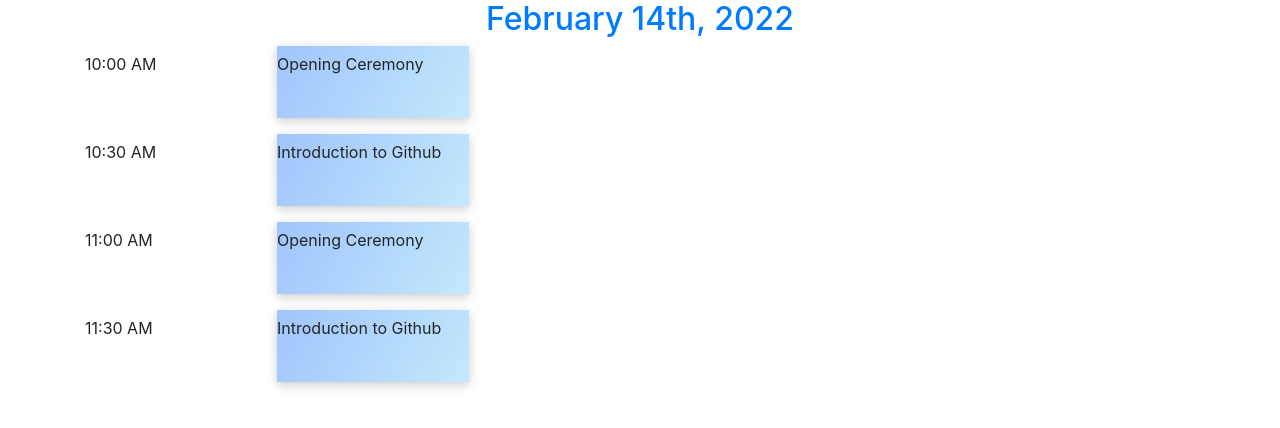
Repository: BaileyLuu/yuHacks2022
Page: public/schedule.html
These files come from the project's save history. The page is drawn as it stood at one moment and after the next save; the edit follows.
The browser window is 1280 px wide. The pictures show the whole page.
Some web libraries are served in a nearby version.

Above is the page before, as saved 2021-11-20 13:00:12.

### public/schedule.html
<!DOCTYPE html>
<html lang="en">

<head>
    <meta charset="UTF-8">
    <meta http-equiv="X-UA-Compatible" content="IE=edge">
    <meta name="viewport" content="width=device-width, initial-scale=1.0">

    <script src="https://ajax.googleapis.com/ajax/libs/jquery/3.5.1/jquery.min.js"></script>

    <!-- Popper JS -->
    <script src="https://cdnjs.cloudflare.com/ajax/libs/popper.js/1.12.9/umd/popper.min.js"
        integrity="sha384-ApNbgh9B+Y1QKtv3Rn7W3mgPxhU9K/ScQsAP7hUibX39j7fakFPskvXusvfa0b4Q"
        crossorigin="anonymous"></script>

    <!-- Latest compiled JavaScript -->
    <script src="https://maxcdn.bootstrapcdn.com/bootstrap/4.0.0/js/bootstrap.min.js"
        integrity="sha384-JZR6Spejh4U02d8jOt6vLEHfe/JQGiRRSQQxSfFWpi1MquVdAyjUar5+76PVCmYl"
        crossorigin="anonymous"></script>

    <!-- Latest compiled and minified CSS -->
    <link rel="stylesheet" href="https://maxcdn.bootstrapcdn.com/bootstrap/4.0.0/css/bootstrap.min.css"
        integrity="sha384-Gn5384xqQ1aoWXA+058RXPxPg6fy4IWvTNh0E263XmFcJlSAwiGgFAW/dAiS6JXm" crossorigin="anonymous">

    <!-- AOS CSS Library CDN -->
    <link href="https://unpkg.com/aos@2.3.1/dist/aos.css" rel="stylesheet">
    <!-- Bootstrap Icons -->
    <link rel="stylesheet" href="https://cdn.jsdelivr.net/npm/bootstrap-icons@1.7.0/font/bootstrap-icons.css">



    <script src="https://code.jquery.com/jquery-3.2.1.slim.min.js"
        integrity="sha384-KJ3o2DKtIkvYIK3UENzmM7KCkRr/rE9/Qpg6aAZGJwFDMVNA/GpGFF93hXpG5KkN"
        crossorigin="anonymous"></script>
    <link rel="stylesheet" href="./schedule.css">
    <script src="schedule.js"></script>
    <script src="https://ajax.googleapis.com/ajax/libs/jquery/3.3.1/jquery.min.js"></script>
    <title>yuHacks Schedule</title>
</head>

<body>
    <section class="">
        <div class="container">
            <h2 class="text-primary title text-center">February 14th, 2022</h1>

                <!-- <div class="row row-cols-2">
          <div class="col">Column</div>
          <div class="col">Column</div>
          <div class="col">Column</div>
          <div class="col">Column</div>
          <div class="col">Column</div>
          <div class="col">Column</div>

        </div>
        <div class="row row-cols-2">
            <div class="col">Column</div>
            <div class="col">Column</div>
            <div class="col">Column</div>
            <div class="col">Column</div>
            <div class="col">Column</div>
            <div class="col">Column</div>

          </div> -->
                <div class="schedule-table">



                    <div class="box schedule-time mb-3">
                        <div class="schedule-time">10:00 AM</div>
                        <div class="session-box schedule-time">Opening Ceremony</div>

                    </div>
                    <div class="box schedule-time mb-3">
                        <div class="schedule-time">10:30 AM</div>
                        <div class="session-box schedule-time">Introduction to Github</div>

                    </div>
                    <div class="box schedule-time mb-3">
                        <div class="schedule-time">11:00 AM</div>
                        <div class="session-box schedule-time">Opening Ceremony</div>

                    </div>
                    <div class="box schedule-time">
                        <div class="schedule-time">11:30 AM</div>
                        <div class="session-box schedule-time">Introduction to Github</div>

                    </div>

                    <!-- <div class="col-md-8">
              <div>Introduction to Github</div>
              <div></div>
              <div>Introduction to Bootstrap</div>
          </div> -->

                </div>
        </div>
    </section>

    <script src="https://cdnjs.cloudflare.com/ajax/libs/jquery/3.6.0/jquery.min.js"
        integrity="sha512-894YE6QWD5I59HgZOGReFYm4dnWc1Qt5NtvYSaNcOP+u1T9qYdvdihz0PPSiiqn/+/3e7Jo4EaG7TubfWGUrMQ=="
        crossorigin="anonymous" referrerpolicy="no-referrer"></script>
    <!-- Option 1: Bootstrap Bundle with Popper -->
    <script src="https://cdn.jsdelivr.net/npm/bootstrap@5.1.3/dist/js/bootstrap.bundle.min.js"
        integrity="sha384-ka7Sk0Gln4gmtz2MlQnikT1wXgYsOg+OMhuP+IlRH9sENBO0LRn5q+8nbTov4+1p"
        crossorigin="anonymous"></script>

    <script src="https://unpkg.com/aos@2.3.1/dist/aos.js"></script>
    <script>
        AOS.init({
            offset: 500,
            duration: 800,
            once: true,
        }

        );
    </script>
</body>

</html>

### public/schedule.css
/* body {
    background-color: #141c3c;
  } */

.schedule-time{
  display:flex;
  flex-direction: column;
  width:15vw;
  height:10vh;
  box-sizing: border-box;
  z-index: 50;
  line-height: 5vh;
  flex-wrap: wrap;



}
.session-box{
  background-image: linear-gradient(120deg, #a1c4fd 0%, #c2e9fb 100%);
  box-shadow: 0 3px 10px rgb(0 0 0 / 0.2);
  position:relative;
  /* flex: 1 1 70px; */
  /* display: inline-block; */
}
.schedule-table{
  display:flex;
  flex-direction:column;

}
/* .box>* {
  flex: 1 1 70px;
} */

Loaded but not shown: public/schedule.js (no copy from this time; the picture is the same without it)

After the next save:
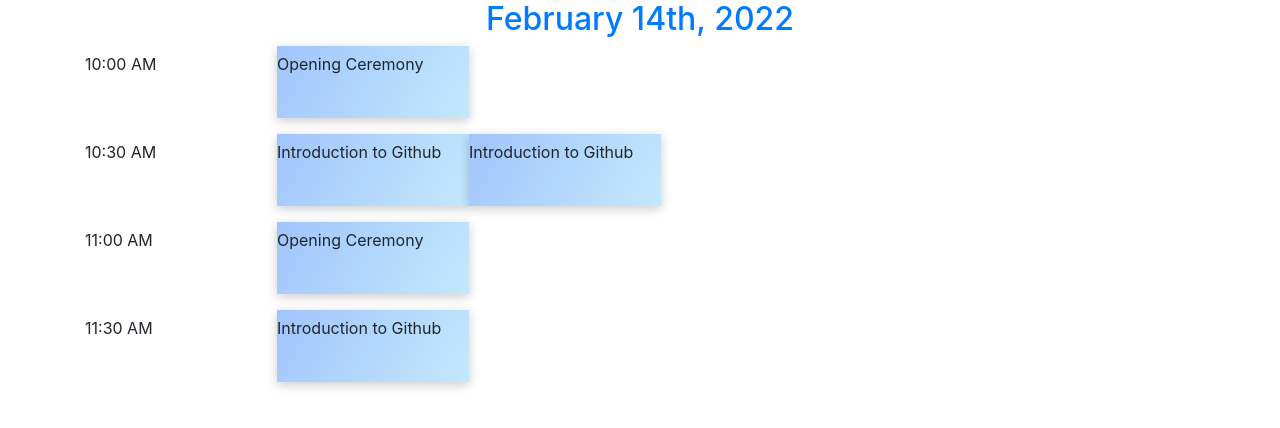
Saved 8 s later.
--- a/public/schedule.html
+++ b/public/schedule.html
@@ -73,6 +73,7 @@
                     <div class="box schedule-time mb-3">
                         <div class="schedule-time">10:30 AM</div>
                         <div class="session-box schedule-time">Introduction to Github</div>
+                        <div class="session-box schedule-time">Introduction to Github</div>
 
                     </div>
                     <div class="box schedule-time mb-3">
